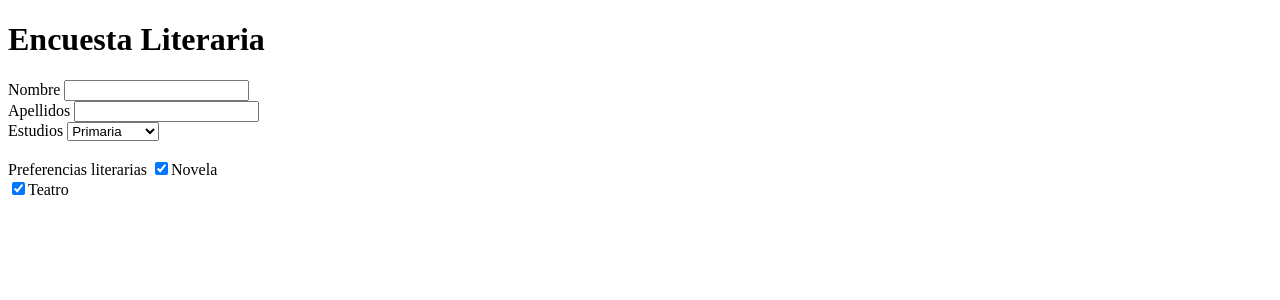
Repository: cgg25/javaee
Page: Enucesta/WebContent/index.html
An editor plug-in stored every save of this project. The page is shown before and after the next save, followed by the edit.
The browser window is 1280 px wide. The pictures show the whole page.

Above is the page before, as saved 2017-02-16 17:50:01.

After the next save:
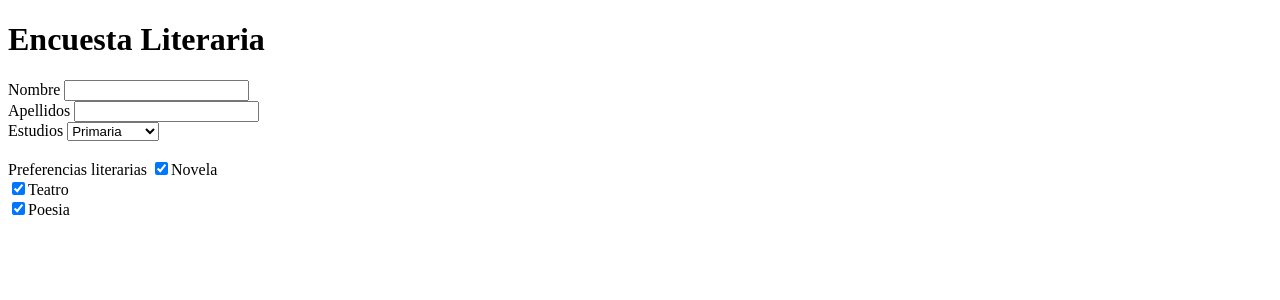
Saved 20 s later.
--- a/Enucesta/WebContent/index.html
+++ b/Enucesta/WebContent/index.html
@@ -21,6 +21,7 @@
 		<label>Preferencias literarias</label>
 		<input type="checkbox" name="preferencias" value="Novela" checked>Novela<br>
 		<input type="checkbox" name="preferencias" value="Teatro" checked>Teatro<br>
+		<input type="checkbox" name="preferencias" value="Poesia" checked>Poesia<br>
 
 
 	</form>
